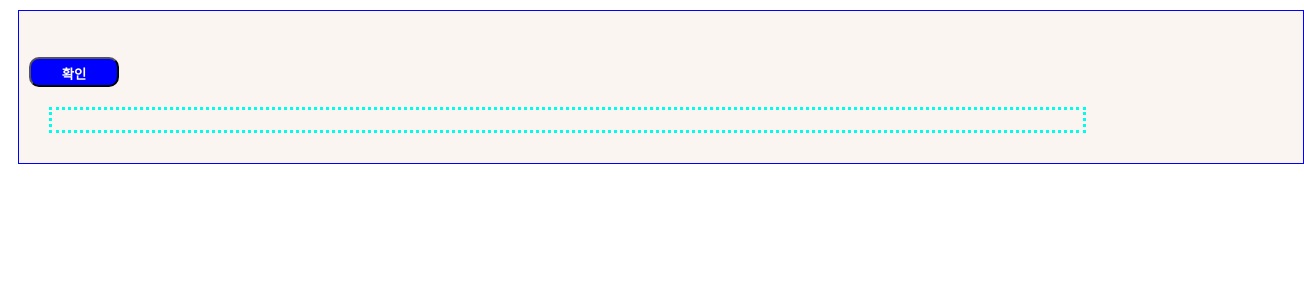
Repository: yul3220/WebProgrammingLecture
Page: jqpro/WebContent/2021-02-03/lprod.html
An editor plug-in stored every save of this project. The page is shown before and after the next save, followed by the edit.
The browser window is 1280 px wide. The page is 1304 px wide, so the pictures cover 1304 px, including what lies to the right of the window. The pictures show the whole page.

Above is the page before, as saved 2021-02-03 02:12:29.

After the next save:
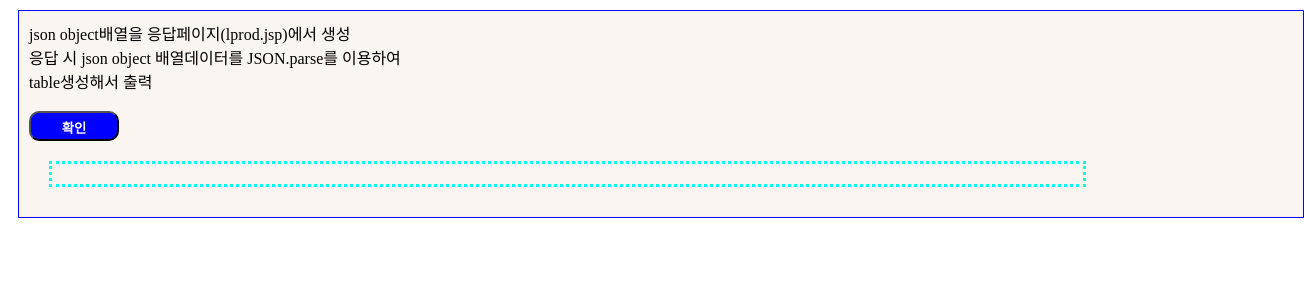
Saved 113 s later.
--- a/jqpro/WebContent/2021-02-03/lprod.html
+++ b/jqpro/WebContent/2021-02-03/lprod.html
@@ -48,7 +48,9 @@ td{
 </head>
 <body>
 <div class="box">
-
+    json object배열을 응답페이지(lprod.jsp)에서 생성<br>
+	응답 시 json object 배열데이터를 JSON.parse를 이용하여 <br>
+	table생성해서 출력
     <br><br>
     <input type="button" value="확인"/>
 
